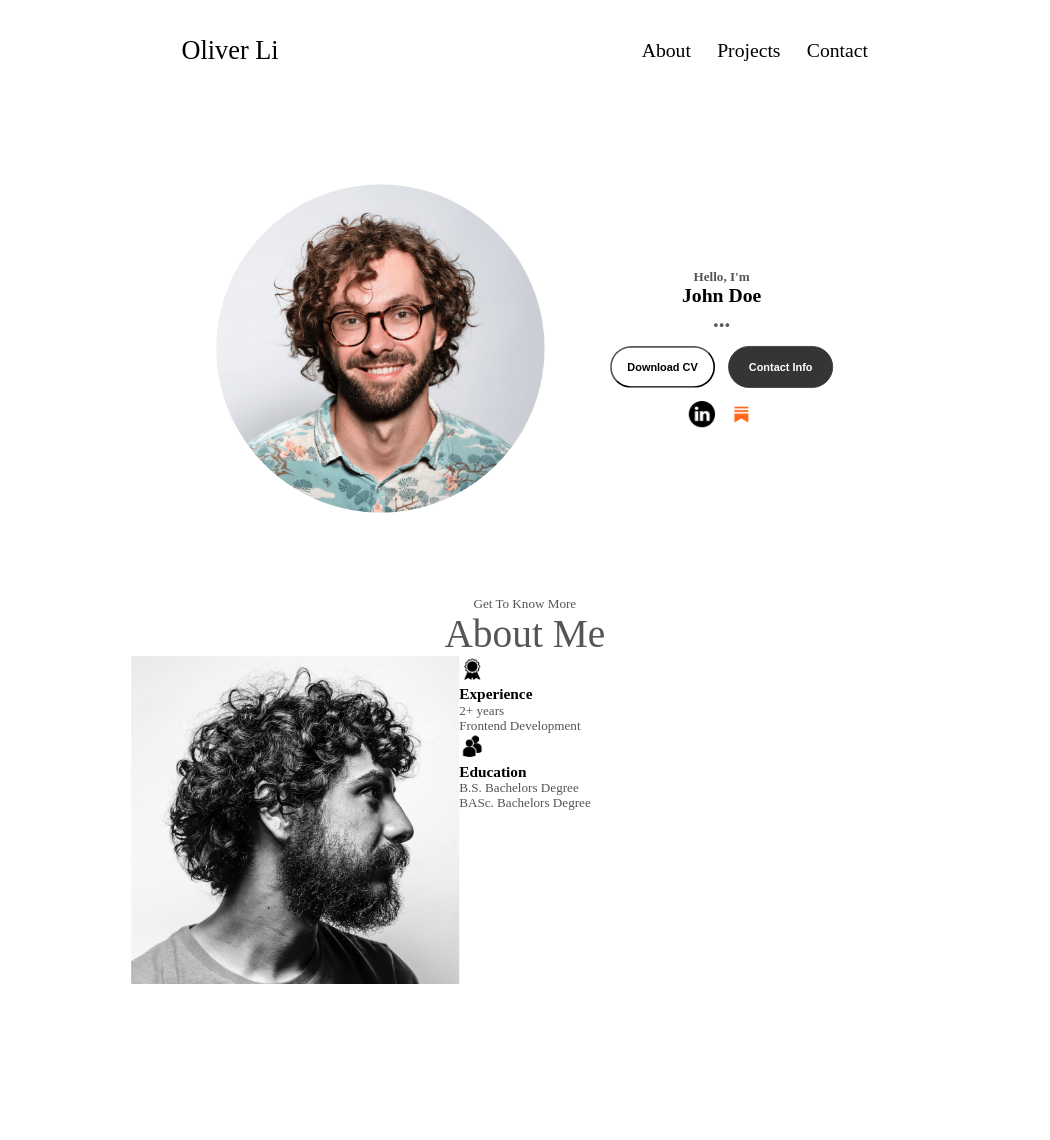
Repository: oliverli1728/portfolio
Page: index.html
An editor plug-in stored every save of this project. The page is shown before and after the next save, followed by the edit.
The browser window is 1280 px wide. The pictures show the whole page, at 82% of full size.
Some web fonts or font styles are not loaded; a fallback is used.

Above is the page before, as saved 2025-09-25 21:37:26.

After the next save:
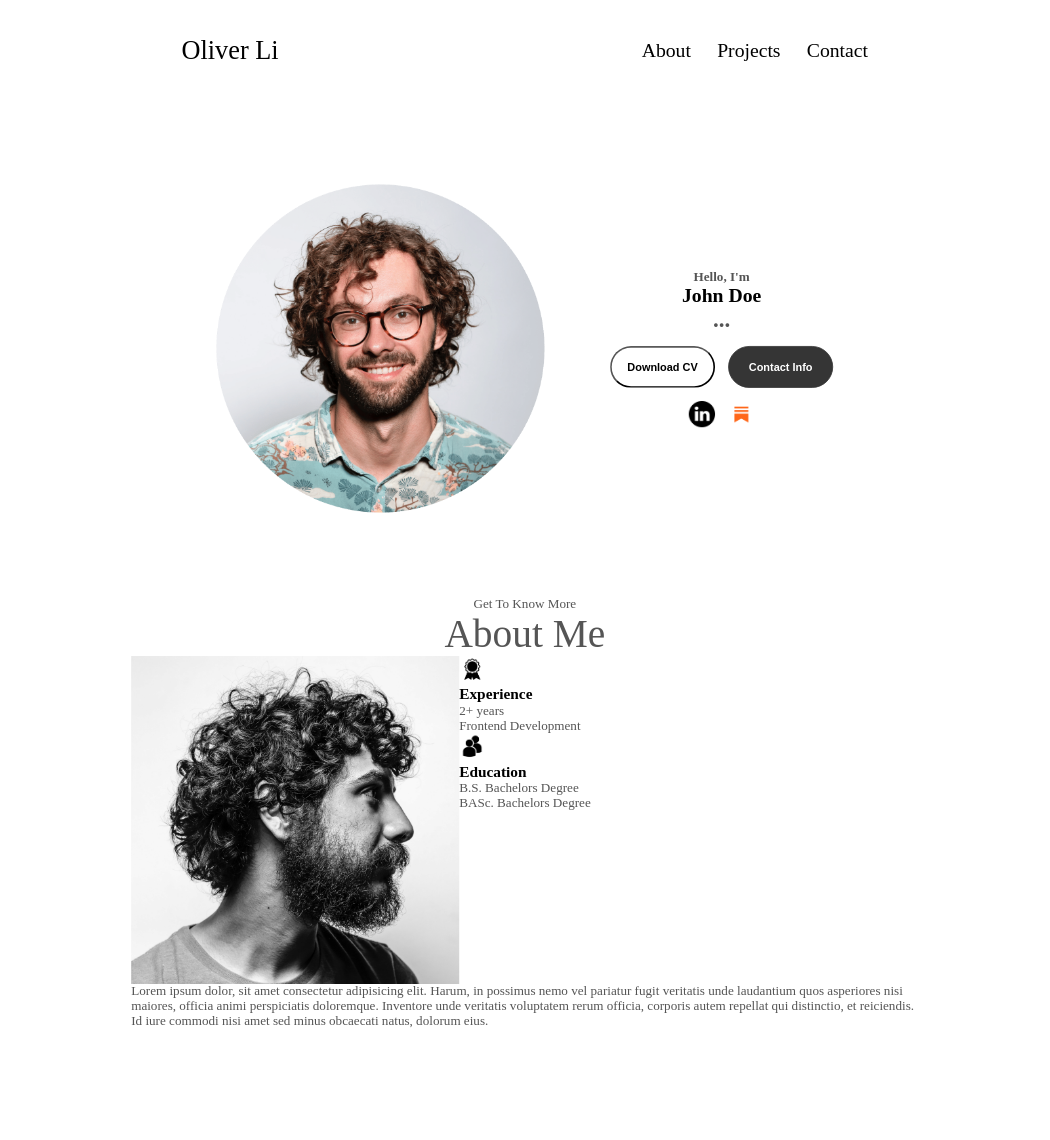
Saved 4 min 11 s later.
--- a/index.html
+++ b/index.html
@@ -85,6 +85,9 @@
                         <p>B.S. Bachelors Degree <br> BASc. Bachelors Degree</p>
                     </div>
                 </div>
+                <div class="text-container">
+                    <p>Lorem ipsum dolor, sit amet consectetur adipisicing elit. Harum, in possimus nemo vel pariatur fugit veritatis unde laudantium quos asperiores nisi maiores, officia animi perspiciatis doloremque. Inventore unde veritatis voluptatem rerum officia, corporis autem repellat qui distinctio, et reiciendis. Id iure commodi nisi amet sed minus obcaecati natus, dolorum eius.</p>
+                </div>
             </div>
         </section>
         <script src="script.js"></script>
